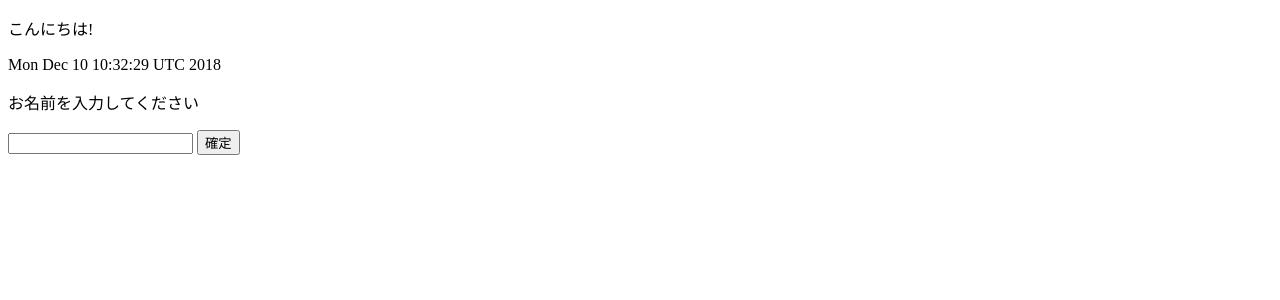
Repository: yukisu18/test
Page: http://localhost/HelloJSP2/
An editor plug-in stored every save of this project. The page is shown before and after the next save, followed by the edit.
The browser window is 1280 px wide. The pictures show the whole page.
The page is served by Tomcat 9.

Above is the page before, as saved 2018-12-19 09:49:45.

After the next save:
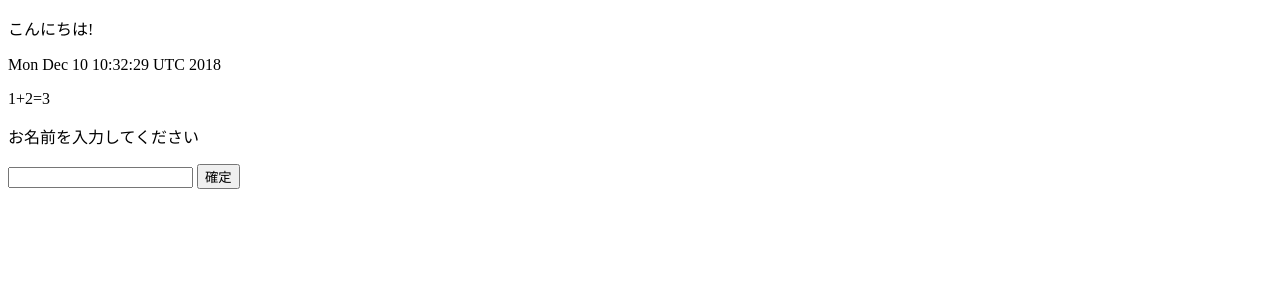
Saved 2 min 21 s later.
--- a/HelloJSP2/WebContent/index.jsp
+++ b/HelloJSP2/WebContent/index.jsp
@@ -9,6 +9,14 @@
 <body>
 <p>こんにちは!</p>
 <% out.println(new java.util.Date()); %>
+<%!
+static int add(int a, int b){
+	return a+b;
+}
+%>
+
+<p>1+2=<%=add(1,2) %></p>
+
 	<p>お名前を入力してください</p>
 	<form method="post" action="greeting-out.jsp">
 		<input type="text" name="user"> <input type="submit"
